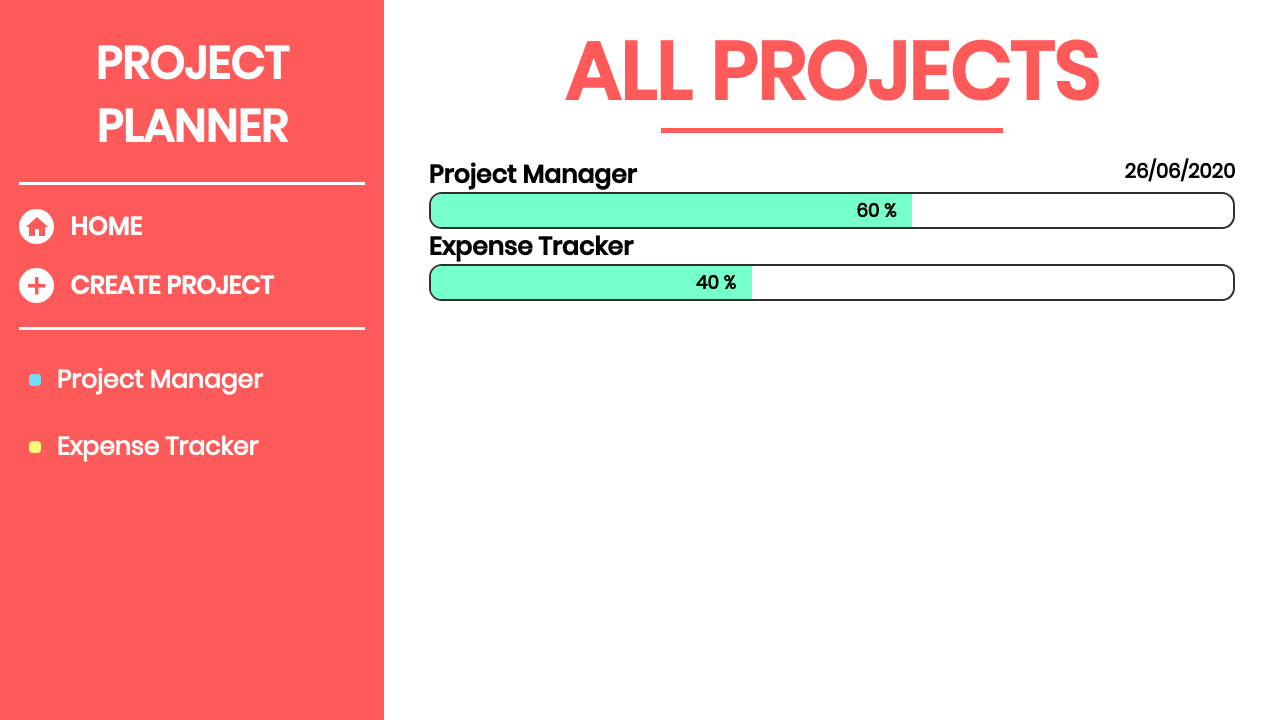
Repository: AzharMoosa/project-manager
Page: /
These files come from the project's save history. The page is drawn as it stood at one moment and after the next save; the edit follows.
The browser window is 1280 px wide. The pictures show the whole page.
The project was rebuilt for these pictures with package versions that can differ from the ones it lists, and the page was loaded fresh each time.

Above is the page before, as saved 2020-06-22 11:09:55.

After the next save:
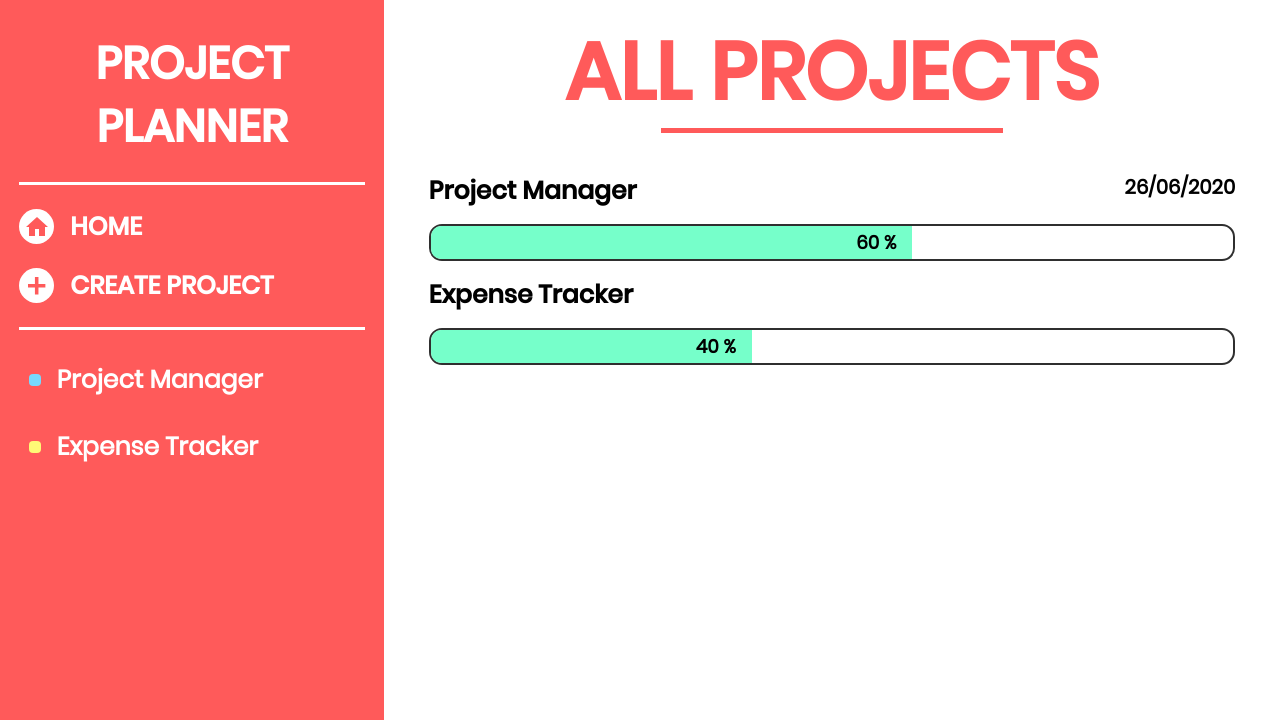
Saved 12 s later.
--- a/src/App.css
+++ b/src/App.css
@@ -180,7 +180,7 @@ body {
 
 .project-title {
   width: 90%;
-  margin: auto;
+  margin: 1rem auto;
   display: flex;
   justify-content: space-between;
 }
